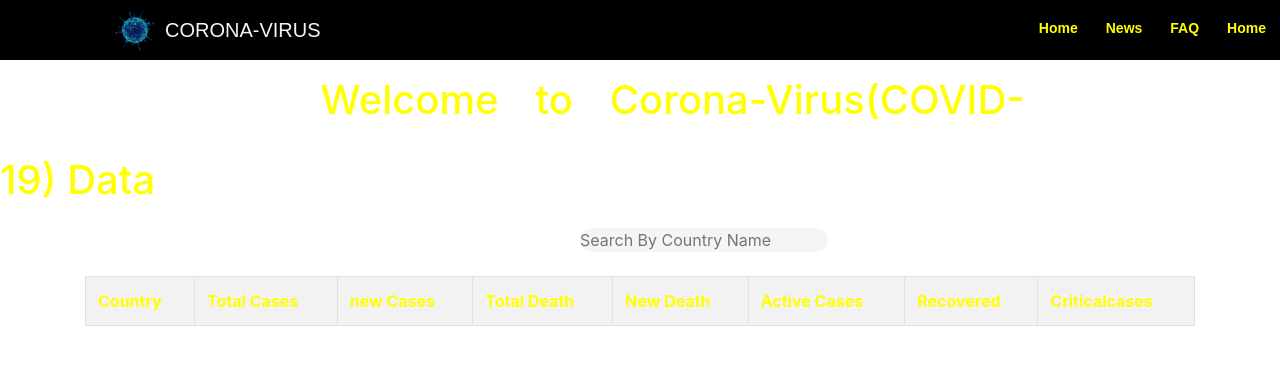
Repository: xthashankar/COVID-19-data-
Page: index.html
An editor plug-in stored every save of this project. The page is shown before and after the next save, followed by the edit.
The browser window is 1280 px wide. The pictures show the whole page.
The page's requests for data from a server got no answer.

Above is the page before, as saved 2020-04-16 13:01:56.

### index.html
<!DOCTYPE html>
<html lang="en">
<head>
    <meta charset="UTF-8">
    <meta name="viewport" content="width=device-width, initial-scale=1.0">
    <link rel="stylesheet" href="https://maxcdn.bootstrapcdn.com/bootstrap/4.4.1/css/bootstrap.min.css">
     <script src="https://ajax.googleapis.com/ajax/libs/jquery/3.4.1/jquery.min.js"></script>
     <script src="https://cdnjs.cloudflare.com/ajax/libs/popper.js/1.16.0/umd/popper.min.js"></script>
    <script src="https://maxcdn.bootstrapcdn.com/bootstrap/4.4.1/js/bootstrap.min.js"></script>
    <link rel="stylesheet" href="css/styles.css">
    <title>Document</title>
</head>
<body>

   <nav>
       <a href="index.html">
            <img src="image/coronavirus.png" style="margin:5px;
            margin-left: 110px;">
            <h5>CORONA-VIRUS</h5>
        </a>
        <ul>
            <li><a href="#"><b>Home</b></a></li>
            <li><a href="#"><b>FAQ</b></a>
                <ul>
                    <li><a href= "">Nepali</a></li>
                    <li><a href="">English</a></li>
                </ul>
                </li>
            <li><a href="#"><b>News</b></a></li>
            <li><a href="#"><b>Home</b></a></li>
        </ul>
    </nav>


    <h1>Welcome to Corona-Virus(COVID-19) Data </h1>
    <input type="text" name="filter" id="search" placeholder="Search By Country Name" onkeyup="search()">
    <div class="container">

        <br>
        <table class="table table-bordered  table-striped">
            <thread>
                <tr>
                    <th>Country</th>
                    <th>Total Cases</th>
                    <th>new Cases</th>
                    <th>Total Death</th>
                    <th>New Death</th>
                    <th>Active Cases</th>
                    <th>Recovered</th>
                    <th>Criticalcases</th>
            </tr>
            </thread>
            <tbody  id="coranavirus">
            </tbody>
        </table>
    </div>
</body>
<script src="javascript/main.js"></script>
</html>

### css/styles.css

*{
  margin:0;
  padding:0;
  color: yellow;
}
nav{
  width:100%;
  height:60px;
  background-color:black;
}

nav img{
  height: 50px;
  width: 50px;
  float: left;
}

nav h5{
  /*margin-left: 0px; */
  font-family:arial;
  color:whitesmoke;
  line-height:60px;
  float:left;
}
nav ul{
  overflow:visible;
  list-style-type:none;
  float:right;
}
nav ul li{
  float:right;
  list-style: none;
  position: relative;
}
nav ul li a{
  display:block;
  font-family:arial;
  color:white;
  font-size:14px  ;
  padding:18px 14px;
  text-decoration:none;
  cursor: pointer;
}
nav ul li a:hover{
  text-decoration: none;

}
nav ul li ul {
  display:none;
  position: absolute;
  background-color:black;
  padding: 10px;
  border-radius: 0px 0px 4px 4px;
}
nav ul li:hover ul {
  display:block;
  text-decoration:none;
}
nav ul li ul li{
   width:auto;
   border-radius:4px;
}
nav ul li ul li a {
  padding:8px 8px;
}

nav ul li ul li a:hover {
  background-color:whitesmoke ;
  text-decoration: none;
}

h1{
  text-align: justify;
  line-height: 80px;

}
#search{
  border-radius: 10px;
  margin:5 auto;
  border-radius: 10px;
  margin-left: 580px;
  border: none;
  border-radius: 15px;
  background-color:whitesmoke;
}

### javascript/main.js
// let who='';
let URL='https://nepalcorona.info/api/v1/data/world'
fetch(URL)
.then(function(response){
   return response.json()
}).then(function(covid){
//    console.log(covid);
       if(covid.length>0)
       {
           var coviddata='';
           covid.forEach(function(data){
            // coviddata +="<tr>";
            if(data.country!="")
            {
            coviddata +="<tr><td>"+data.country+"</td>";
            coviddata +="<td>"+data.totalCases+"</td>";
            coviddata +="<td>"+data.newCases+"</td>";
            coviddata +="<td>"+data.totalDeaths+"</td>";
            coviddata +="<td>"+data.newDeaths+"</td>";
            coviddata +="<td>"+data.activeCases+"</td>";
            coviddata +="<td>"+data.totalRecovered+"</td>";
            coviddata +="<td>"+data.criticalCases+"</td></tr>";
            console.log(coviddata);
            }
            document.getElementById('coranavirus').innerHTML=coviddata;
           })
       }
   })
   //for search
function search(){
    let filter=document.getElementById("search").value.toUpperCase();
    let table=document.getElementById("coranavirus");
    let tr=table.getElementsByTagName("tr");
    for(let i=0;i<tr.length;i++)
    {
     let td=tr[i].getElementsByTagName("td")[0];
        if(td)
        {
         let txtValue=td.textContent||td.innerText;
         if(txtValue.toUpperCase().indexOf(filter)>-1)
            {
            tr[i].style.display="";
            }else
            {
            tr[i].style.display="none";
            }
        }
    }
}

After the next save:
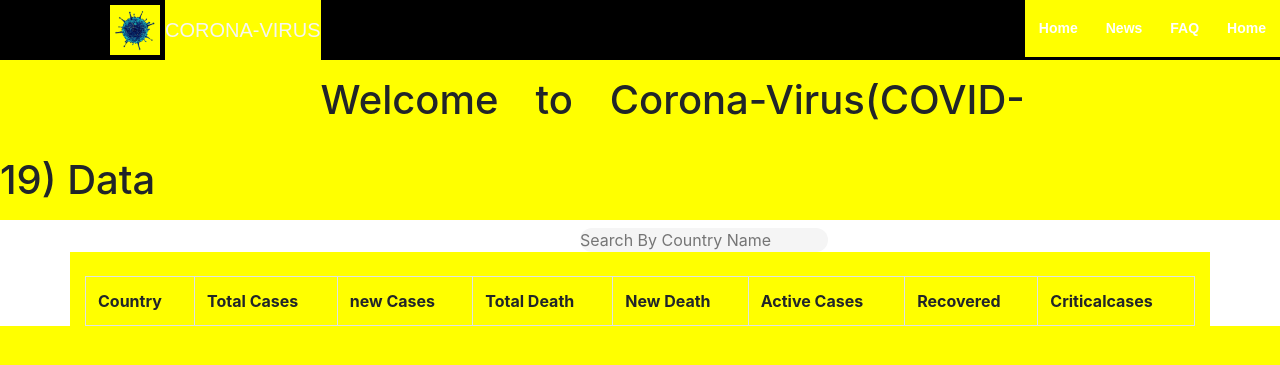
Saved 22 s later.
--- a/css/styles.css
+++ b/css/styles.css
@@ -2,7 +2,7 @@
 *{
   margin:0;
   padding:0;
-  color: yellow;
+  background-color: yellow;
 }
 nav{
   width:100%;

After the save that followed:
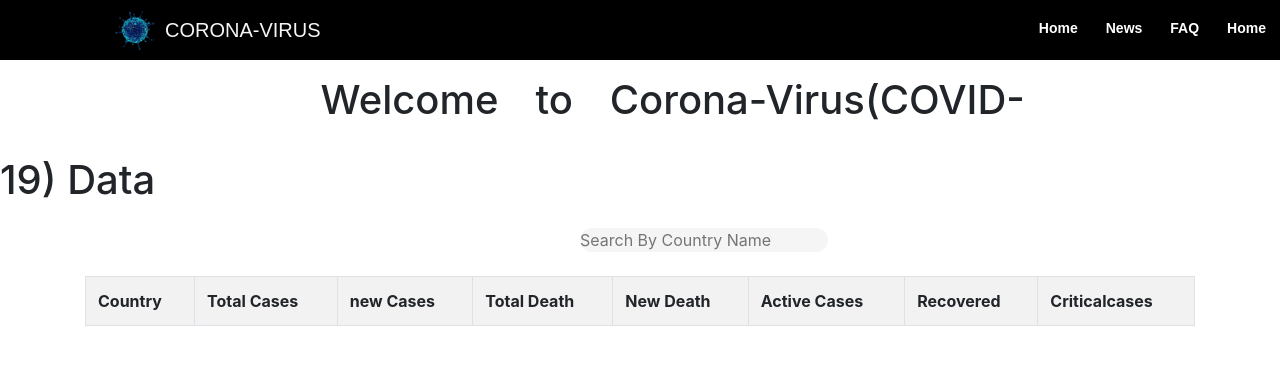
Saved 30 s later.
--- a/css/styles.css
+++ b/css/styles.css
@@ -2,7 +2,7 @@
 *{
   margin:0;
   padding:0;
-  background-color: yellow;
+
 }
 nav{
   width:100%;
